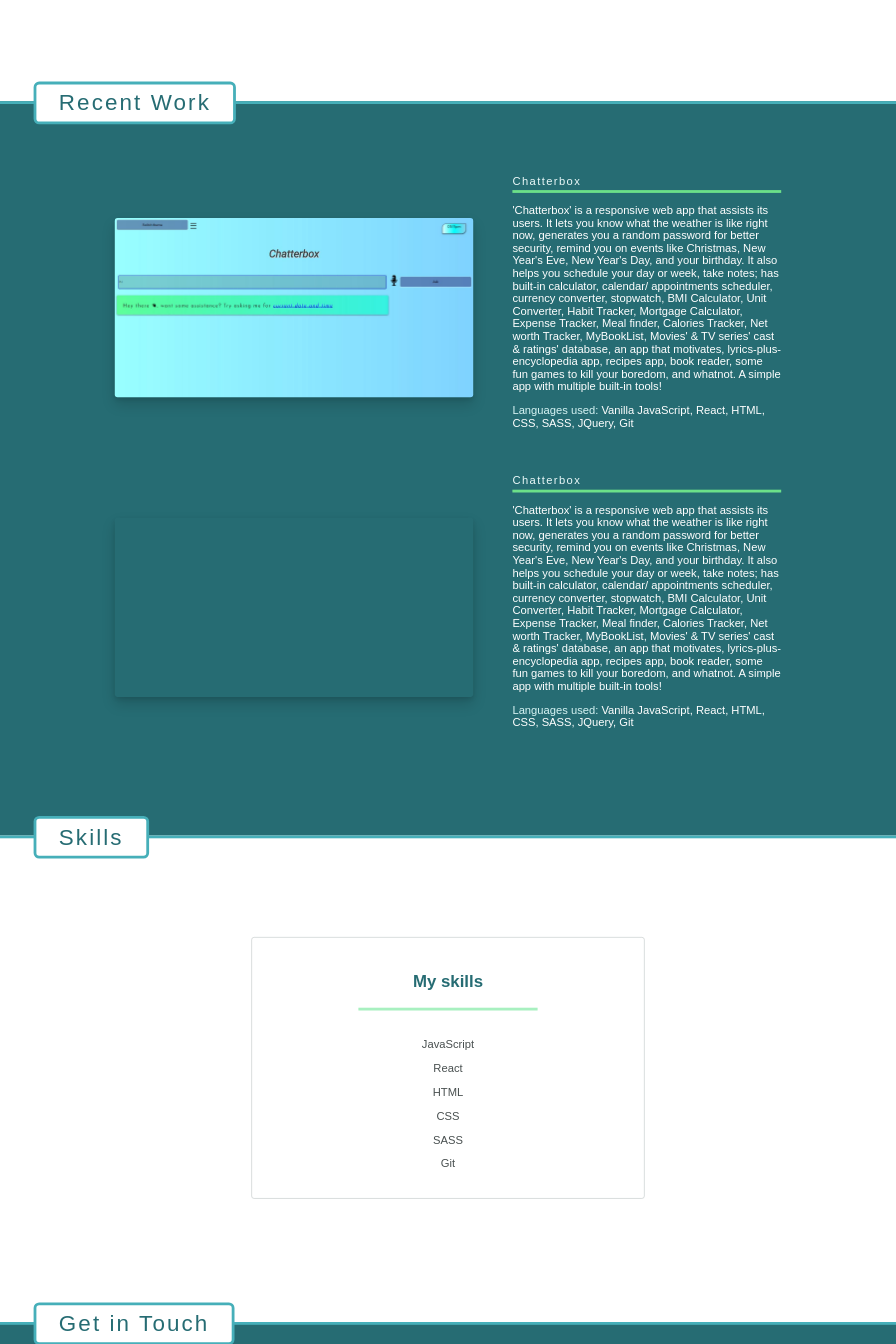
Repository: Abbaskhurram255/port
Page: /
These files come from the project's save history. The page is drawn as it stood at one moment and after the next save; the edit follows.
The browser window is 1280 px wide. The pictures show the part of the page from y = 721 to 2641 px (the page is 2906 px tall before and 2782 px after), at 70% of full size.
The page's requests for data from a server got no answer. Some web fonts or font styles are not loaded; a fallback is used. Some web libraries are served in a nearby version. The project was rebuilt for these pictures with package versions that can differ from the ones it lists, and the page was loaded fresh each time. No one was signed in, and anything a server would have sent is missing.

Above is the page before, as saved 2020-12-03 21:52:51.

### public/index.html
<!DOCTYPE html>
<html lang="en">
  <head>
    <meta charset="utf-8" />
    <meta
      name="viewport"
      content="width=device-width, initial-scale=1, shrink-to-fit=no"
    />
    <meta name="theme-color" content="#000000" />
    <meta property="og:title" content="Alex Puth | Portfolio" />
    <meta
      property="og:description"
      content="A portfolio of web applications by Alex Puth"
    />
    <meta property="og:url" content="https://www.abbaskhurram255.github.io/" />
    <meta property="og:image" content="/images/portfolio-home.jpg" />
    <title>Alex Puth | Portfolio</title>
    <link
      href="https://fonts.googleapis.com/css?family=Muli:300,400,600,700"
      rel="stylesheet"
    />
    <link
      rel="stylesheet"
      href="https://use.fontawesome.com/releases/v5.4.2/css/all.css"
      integrity="sha384-/rXc/GQVaYpyDdyxK+ecHPVYJSN9bmVFBvjA/9eOB+pb3F2w2N6fc5qB9Ew5yIns"
      crossorigin="anonymous"
    />
  </head>

  <body>
    <noscript>You need to enable JavaScript to run this app.</noscript>
    <div id="root"></div>
  </body>
</html>

### src/index.tsx
import React from "react";
import ReactDOM from "react-dom";
import App from "./App";
import * as serviceWorker from "./serviceWorker";
import "./styles/styles.scss";

ReactDOM.render(<App />, document.getElementById("root"));

// If you want your app to work offline and load faster, you can change
// unregister() to register() below. Note this comes with some pitfalls.
// Learn more about service workers: http://bit.ly/CRA-PWA
serviceWorker.unregister();

### src/App.tsx
import * as React from "react";
import Contact from "./components/Contact";
import Home from "./components/Home";
import Navbar from "./components/Navbar";
import RecentWork from "./components/RecentWork";
import Skills from "./components/Skills";

class App extends React.Component {
  public render() {
    return (
      <div>
        <Navbar />
        <Home />
        <RecentWork />
        <Skills />
        <Contact />
      </div>
    );
  }
}

export default App;

### src/styles/styles.scss
@import "./base/settings";
@import "./base/base";
@import "./components/navbar";
@import "./components/home";
@import "./components/images";
@import "./components/recent-works";
@import "./components/projects";
@import "./components/project";
@import "./components/skills";
@import "./components/skill";
@import "./components/quote";
@import "./components/contact";
@import "./components/social";
@import "./components/section-title";

### src/components/Contact.tsx
import * as React from "react";
import utils from "../utils/constants";
import Social from "./Social";
import Title from "./Title";

const { GITHUB_URL, TWITTER_URL } = utils.social;
const { EMAIL } = utils.contact;

const Contact = () => {
  return (
    <div id="contact" className="contact">
      <Title title="Get in Touch" parentComponent="contact" />
      <div className="contact__social-links">
        <p className="contact__brackets">{"{"}</p>
        <Social socialIcon="fab fa-github" socialUrl={GITHUB_URL} />
        <Social socialIcon="fab fa-twitter" socialUrl={TWITTER_URL} />
        <Social socialIcon="fas fa-envelope" socialUrl={`mailto:${EMAIL}`} />
        <p className="contact__brackets">{"}"}</p>
      </div>
    </div>
  );
};

export default Contact;

### src/components/Home.tsx
import * as React from "react";
import Image from "./Image";
import Text from "./Text";
import Title from "./Title";

const Home = () => {
  return (
    <div className="home">
      <div className="home__text-container">
        <Title
          title="<Alex Puth (aka Khurram) />"
          parentComponent="home"
          subTitle="Front-End Developer"
        />
        <Text parentComponent="home" mobile="" />
      </div>
      <Image
        src="/images/headshot.jpg"
        alt="Headshot of Alex Puth"
        parentComponent="home"
      />
      <Text parentComponent="home" mobile="--mobile" />
    </div>
  );
};

export default Home;

### src/components/RecentWork.tsx
import * as React from "react";
import Projects from "./Projects";
import Title from "./Title";

const RecentWork = () => {
  return (
    <div id="recent-works" className="recent-works">
      <Title title="Recent Work" parentComponent="recent-works" />
      <Projects />
    </div>
  );
};

export default RecentWork;

### src/components/Skills.tsx
import * as React from "react";
import Skill from "./Skill";
import Title from "./Title";

const Skills = () => {
  const technicalSkills: string[] = [
    "JavaScript",
    "React",
    "HTML",
    "CSS",
    "SASS",
    "Git"
  ];

  return (
    <div id="skills" className="skills">
      <Title title={"Skills"} parentComponent="skills" />
      <div className="skills__set-box">
        <Skill title="My skills" skills={technicalSkills} />
      </div>
    </div>
  );
};

export default Skills;

### src/styles/base/_base.scss
html {
  font-size: 62.5%;
  scroll-behavior: smooth;
}

body {
  margin: 0;
  background-color: $white;
}

button {
  cursor: pointer;
}

button:disabled {
  cursor: default;
}

### src/styles/components/images.scss
.home-image-box {
  background: $gradient-1;
  border-radius: $radius-2;
  box-shadow: $shadow-2;
  padding: $size-3;
  @media (min-width: $breakpoint-2) {
    display: block;
    padding: $size-7;
  }
}

.home-image {
  border-radius: $radius-2;
  box-shadow: $shadow-3;
  margin: 0;
  width: 100%;
  @media (min-width: $breakpoint-2) {
    margin-right: -$size-10;
    height: $size-13;
    width: $size-13;
  }
}

### src/styles/components/_projects.scss
.projects {
  display: flex;
  flex-direction: column;
  justify-content: space-between;
  margin: $size-4 $size-7;
  width: 100%;
  @media (min-width: $breakpoint-2) {
    margin: $size-7;
    width: 100rem;
  }
}

### src/styles/components/_project.scss
.project {
  align-items: center;
  display: flex;
  flex-direction: column;
  justify-content: space-between;
  margin: $size-5;
  padding: 0;
  @media (min-width: $breakpoint-2) {
    flex-direction: row;
  }
}

.project__image-box {
  background-size: cover;
  border-radius: $radius-2;
  box-shadow: $shadow-3;
  height: $size-11 - 1.4;
  margin: 0;
  padding: 0;
  width: 100%;
  @media (min-width: 100.4rem) and (max-width: 104.4rem) {
    height: $size-13;
  }
  @media (min-width: $breakpoint-2) {
    height: $size-12;
    transition: background-image 0.25s ease;
    width: $size-14;
  }
}

.project__image-box--meal {
  background-image: url(/images/meal-to-list-edit.jpg);
}

.project__image-box--expensify {
  background-image: url(/images/expensify-dashboard.jpg);
}

.project__image-box--pantry {
  background-image: url(/images/the-pantry-map.jpg);
}

.project__image-box:hover {
  @media (min-width: $breakpoint-2) {
    background-color: $primary-6;
    background-image: none;
  }
}

.project__link-box {
  background: $primary-6;
  border-radius: $radius-2;
  display: flex;
  flex-direction: column;
  height: 100%;
  justify-content: center;
  margin: 0;
  opacity: 0;
  transition: opacity 0.25s ease;
  width: 100%;
  @media (max-width: $breakpoint-2 - 1) {
    display: none;
  }
}

.project__link-box:hover {
  opacity: 1;
}

.project__link {
  background: $primary-6;
  border: $size-1 solid $secondary-4;
  border-radius: $radius-2;
  color: $white;
  font-family: $text;
  font-size: $size-4;
  margin: $size-3 $size-9;
  outline: none;
  padding: $size-2;
  text-align: center;
  text-decoration: none;
  transition: background 0.25s ease;
}

.project__link:hover {
  background: $primary-5;
}

.project__link-box--mobile {
  @extend .project__link-box;
  background: $primary-7;
  display: flex;
  flex-direction: row;
  margin: $size-3 0 $size-5 0;
  opacity: 1;
  @media (min-width: $breakpoint-2) {
    display: none;
  }
}

.project__link--mobile {
  @extend .project__link;
  background: $primary-7;
  border: $size-1 solid $primary-6;
  margin: $size-2 $size-2;
  padding: $size-2 $size-4;
}

.project__info-box {
  align-self: flex-start;
  display: flex;
  flex-direction: column;
  margin: 0;
  margin-top: $size-5;
  padding: 0;
  width: 100%;
  @media (min-width: $breakpoint-2) {
    margin: 0;
    margin-left: $size-7;
    width: $size-13;
  }
}

.project__name {
  border-bottom: $size-1 solid $secondary-4;
  color: $primary-1;
  font-family: $text;
  font-size: $size-4;
  font-weight: 400;
  letter-spacing: 0.2rem;
  margin-top: 0;
  padding: 0 0 $size-1 0;
}

.project__description {
  color: $white;
  font-family: $text;
  font-size: $size-3;
  margin-top: 0;
  @media (min-width: $breakpoint-2) {
    font-size: $size-4;
  }
}

.project__tools-label {
  color: $primary-2;
  font-weight: 300;
}

### src/styles/components/_skill.scss
.skill {
  align-items: center;
  border: 1px solid $gray-3;
  border-radius: $radius-2;
  display: flex;
  flex-direction: column;
  margin: $size-4 auto;
  padding: $size-5;
  width: 80%;
  @media (min-width: $breakpoint-2) {
    margin: $size-4;
    padding: $size-5;
    width: $size-14;
  }
}

.skill__title-box {
  border-bottom: $size-1 solid $secondary-3;
  display: flex;
  justify-content: center;
  padding: 0;
  width: 100%;
  @media (min-width: $breakpoint-2) {
    width: $size-12;
  }
}

.skill__title {
  color: $primary-7;
  font-family: $text;
  font-size: $size-4;
  @media (min-width: $breakpoint-2) {
    font-size: $size-5;
  }
}

.skill__box {
  padding-top: $size-5;
  width: 100%;
}

.skill__name {
  color: $gray-7;
  font-family: $text;
  font-size: $size-4;
  text-align: center;
}

### src/styles/components/_social.scss
.social {
  color: $primary-5;
  font-size: $size-5;
  margin: $size-3;
  outline: none;
  transition-property: color, transform;
  transition-duration: 0.1s;
  transition-timing-function: ease;
  @media (min-width: $breakpoint-2) {
    font-size: $size-7;
    margin: $size-5;
  }
}

.social:hover,
.social:focus {
  color: $primary-6;
  transform: scale(1.2);
}

### src/styles/components/_section-title.scss
.section-title__box {
  align-self: flex-start;
  background: $white;
  border: $size-1 solid $primary-8;
  border-radius: $size-2;
  display: flex;
  flex-direction: column;
  justify-content: center;
  margin: -$size-6 0 0 $size-7;
  padding: $size-2 $size-6;
}

.section-title {
  color: $primary-7;
  font-family: $header;
  font-size: $size-6;
  font-weight: 400;
  letter-spacing: 0.3rem;
  margin: 0;
  padding: 0;
}

### src/utils/constants.ts
export default {
  contact: {
    EMAIL: process.env.REACT_APP_EMAIL || "abbaskhuram255@gmail.com"
  },
  social: {
    GITHUB_URL:
      process.env.REACT_APP_GITHUB_URL || "https://github.com/abbaskhurram255",
    TWITTER_URL:
      process.env.REACT_APP_TWITTER_URL || "https://twitter.com/alexputh255",
  }
};

### src/components/Social.tsx
import * as React from "react";

interface ISocialProps {
  socialIcon: string;
  socialUrl: string;
}

const Social = (props: ISocialProps) => {
  const { socialIcon, socialUrl } = props;
  return (
    <a
      href={socialUrl}
      rel="noopener noreferrer"
      className="social"
      target="_blank"
    >
      <i className={socialIcon} />
    </a>
  );
};

export default Social;

### src/components/Title.tsx
import * as React from "react";

interface ITitleProps {
  title: string;
  parentComponent: string;
  subTitle?: string;
}

const Title = (props: ITitleProps) => {
  const { title, subTitle, parentComponent: component } = props;
  return (
    <div className={`${component}__title-box`}>
      <h1 className={`${component}__title`}>{title}</h1>
      {subTitle && <h2 className={`${component}__subtitle`}>{subTitle}</h2>}
    </div>
  );
};

export default Title;

### src/components/Image.tsx
import * as React from "react";

interface IImageProps {
  src: string;
  alt: string;
  parentComponent: string;
}

const Image = (props: IImageProps) => {
  const { src, alt, parentComponent: component } = props;
  return (
    <div className={`${component}-image-box`}>
      <img src={`/Portfolio${src}`} alt={alt} className={`${component}-image`} />
    </div>
  );
};

export default Image;

### src/components/Text.tsx
import * as React from "react";

interface ITextProps {
  parentComponent: string;
  mobile: string;
}

const Text = (props: ITextProps) => {
  const { parentComponent: component, mobile } = props;
  return (
    <div className={`${component}__text-box${mobile}`}>
      <p className={`${component}__text`}>
        Hi, my name is Alex, and I'm a frontend developer. I love using
        functional programming concepts in JavaScript and building web
        applications with it. I'm a coding enthusiast. I've been creating web
        applications since I was 13 - I'm 19 now. It's been my hobby
        since I was a kid, the programming. {" "}
      </p>
      <p className={`${component}__text`}>I'm currently
        trying to get familiar with Vue, and Angular.</p>
    </div>
  );
};

export default Text;

### src/components/Projects.tsx
import * as React from "react";
import { projects } from "../utils/data";
import Project from "./Project";

const Projects = () => (
  <div className="projects">
    {projects.map(project => (
      <Project
        project={project.name}
        projectDescription={project.description}
        projectSourceCode={project.sourceCode}
        projectTools={project.tools}
        projectUrl={project.url}
        image={project.image}
        key={project.name}
      />
    ))}
  </div>
);

export default Projects;

### src/components/Skill.tsx
import * as React from "react";

interface ISkillProps {
  skills: string[];
  title: string;
}

const DeveloperSkills = (props: ISkillProps) => {
  const { skills, title } = props;
  return (
    <div className="skill">
      <div className="skill__title-box">
        <h3 className="skill__title">{title}</h3>
      </div>
      <div className="skill__box">
        {skills.map((skill: string) => (
          <p className="skill__name" key={skill}>
            {skill}
          </p>
        ))}
      </div>
    </div>
  );
};

export default DeveloperSkills;

### src/utils/data.ts

interface IProject {
  description: string;
  image: string;
  name: string;
  sourceCode: string;
  tools: string;
  url: string;
}

export const projects: IProject[] = [
  {
    description:
      "'Chatterbox' is a responsive web app that assists its users. It lets you know what the weather is like right now, generates you a random password for better security, remind you on events like Christmas, New Year's Eve, New Year's Day, and your birthday. It also helps you schedule your day or week, take notes; has built-in calculator, calendar/ appointments scheduler, currency converter, stopwatch, BMI Calculator, Unit Converter, Habit Tracker, Mortgage Calculator, Expense Tracker, Meal finder, Calories Tracker, Net worth Tracker, MyBookList, Movies' & TV series' cast & ratings' database, an app that motivates, lyrics-plus-encyclopedia app, recipes app, book reader, some fun games to kill your boredom, and whatnot. A simple app with multiple built-in tools!",
    image: "meal to list",
    name: "Chatterbox",
    sourceCode: "https://github.com/Abbaskhurram255/Chatterbox/",
    tools: "Vanilla JavaScript, React, HTML, CSS, SASS, JQuery, Git",
    url: "https://abbaskhurram255.github.io/Chatterbox/getting-started"
  },
  {
    description:
      "'Chatterbox' is a responsive web app that assists its users. It lets you know what the weather is like right now, generates you a random password for better security, remind you on events like Christmas, New Year's Eve, New Year's Day, and your birthday. It also helps you schedule your day or week, take notes; has built-in calculator, calendar/ appointments scheduler, currency converter, stopwatch, BMI Calculator, Unit Converter, Habit Tracker, Mortgage Calculator, Expense Tracker, Meal finder, Calories Tracker, Net worth Tracker, MyBookList, Movies' & TV series' cast & ratings' database, an app that motivates, lyrics-plus-encyclopedia app, recipes app, book reader, some fun games to kill your boredom, and whatnot. A simple app with multiple built-in tools!",
    image: "santry",
    name: "Chatterbox",
    sourceCode: "https://github.com/Abbaskhurram255/Chatterbox/",
    tools: "Vanilla JavaScript, React, HTML, CSS, SASS, JQuery, Git",
    url: "https://abbaskhurram255.github.io/Chatterbox/getting-started"
  }
];

Loaded but not shown: src/serviceWorker.ts (common file); src/styles/base/_settings.scss (89 lines, source omitted); src/styles/components/_navbar.scss (137 lines, source omitted); src/styles/components/_home.scss (114 lines, source omitted); src/components/Project.tsx (77 lines, source omitted); src/components/Navbar.tsx (50 lines, source omitted); src/styles/components/_quote.scss (72 lines, source omitted); src/styles/components/_skills.scss (58 lines, source omitted); src/styles/components/_contact.scss (55 lines, source omitted); src/styles/components/_recent-works.scss (46 lines, source omitted)

After the next save:
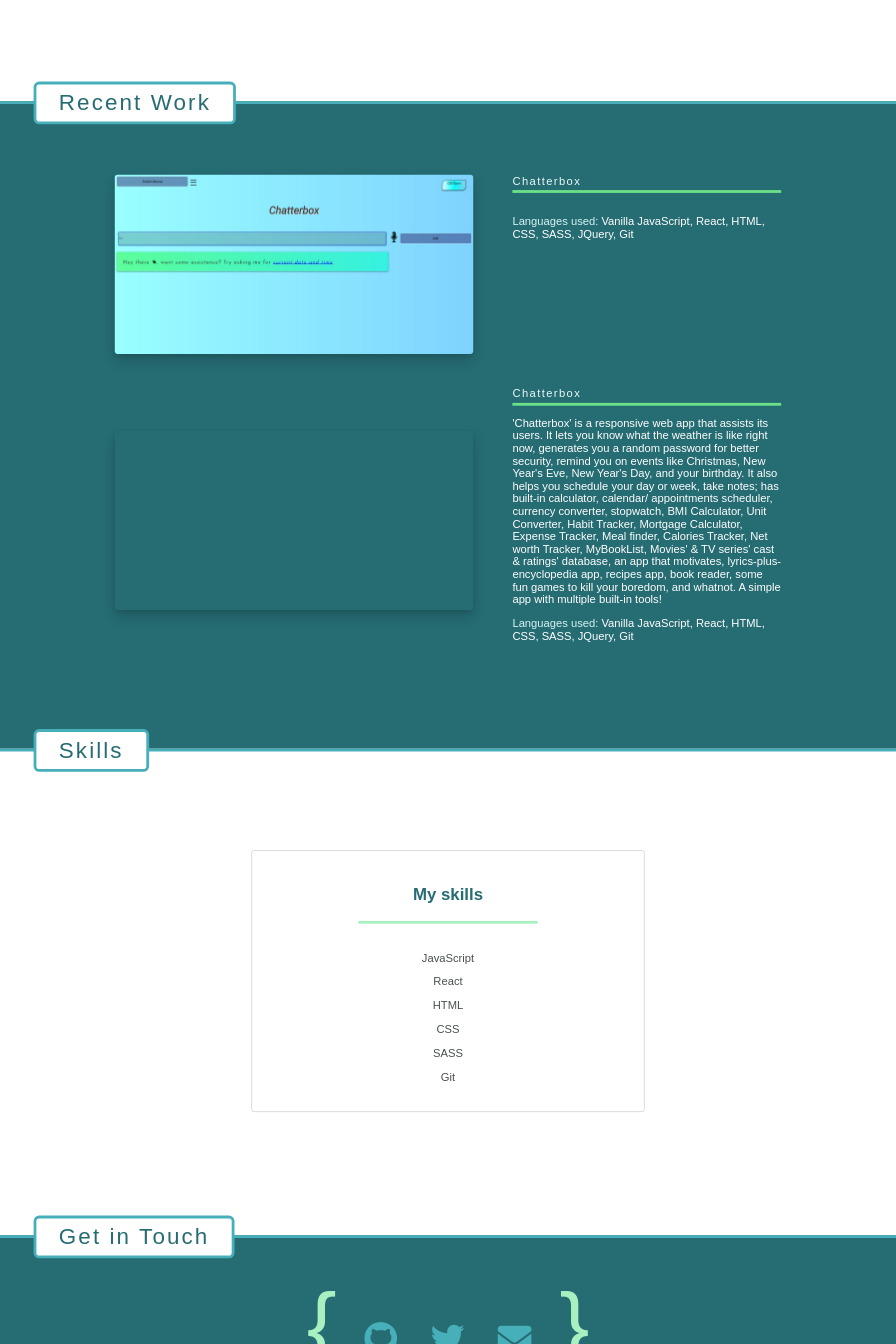
Saved 88 s later.
--- a/src/utils/data.ts
+++ b/src/utils/data.ts
@@ -11,7 +11,7 @@
 export const projects: IProject[] = [
   {
     description:
-      "'Chatterbox' is a responsive web app that assists its users. It lets you know what the weather is like right now, generates you a random password for better security, remind you on events like Christmas, New Year's Eve, New Year's Day, and your birthday. It also helps you schedule your day or week, take notes; has built-in calculator, calendar/ appointments scheduler, currency converter, stopwatch, BMI Calculator, Unit Converter, Habit Tracker, Mortgage Calculator, Expense Tracker, Meal finder, Calories Tracker, Net worth Tracker, MyBookList, Movies' & TV series' cast & ratings' database, an app that motivates, lyrics-plus-encyclopedia app, recipes app, book reader, some fun games to kill your boredom, and whatnot. A simple app with multiple built-in tools!",
+      "",
     image: "meal to list",
     name: "Chatterbox",
     sourceCode: "https://github.com/Abbaskhurram255/Chatterbox/",

After the 2 saves that followed:
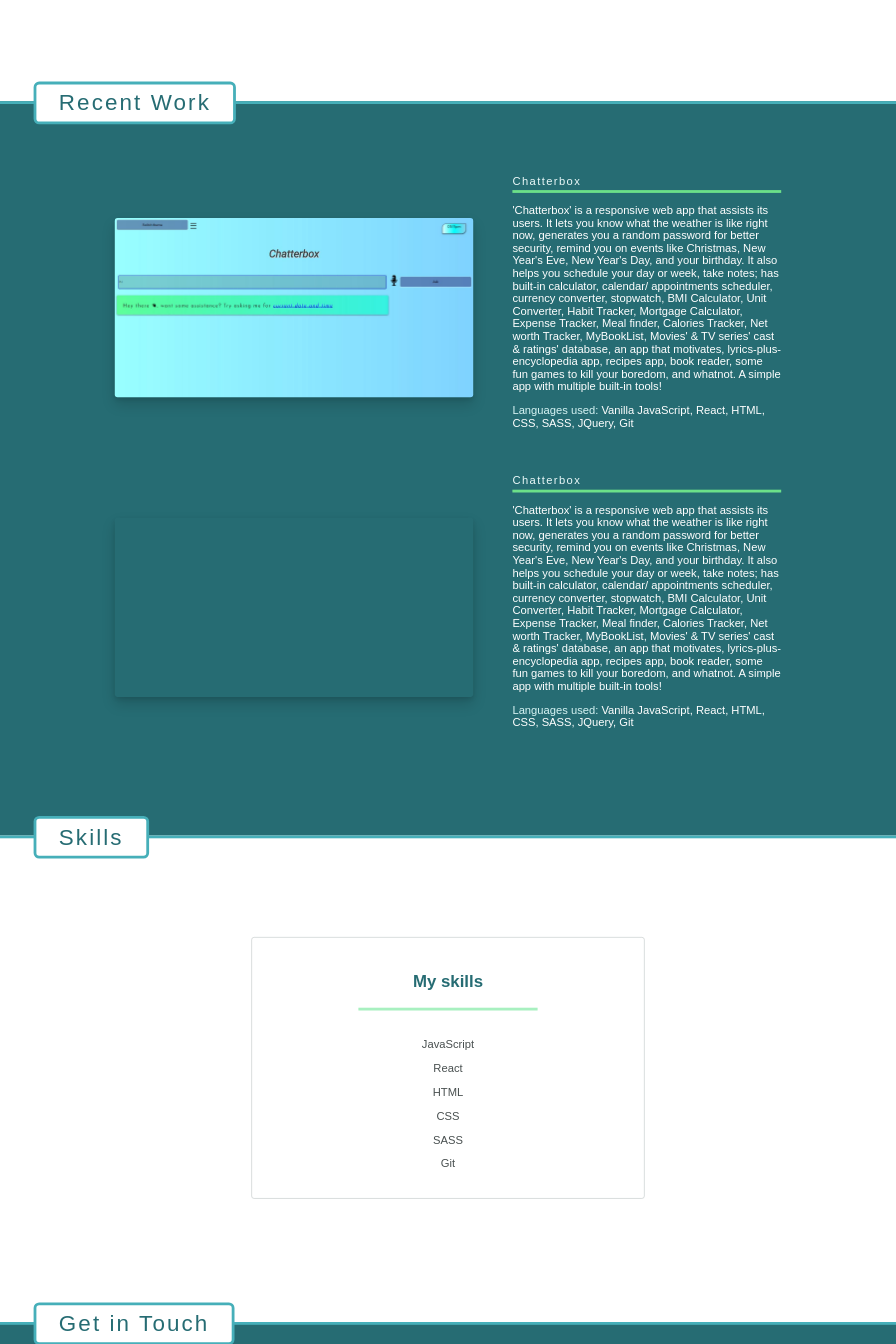
The 2 saves are shown as one change because 1 left the picture as it was.
The last was saved 84 s later.
--- a/src/styles/components/_project.scss
+++ b/src/styles/components/_project.scss
@@ -29,7 +29,7 @@
 }
 
 .project__image-box--meal {
-  background-image: url(/images/meal-to-list-edit.jpg);
+  background-image: url(/images/meal-to-list.jpg);
 }
 
 .project__image-box--expensify {
--- a/src/utils/data.ts
+++ b/src/utils/data.ts
@@ -11,7 +11,7 @@
 export const projects: IProject[] = [
   {
     description:
-      "",
+      "'Chatterbox' is a responsive web app that assists its users. It lets you know what the weather is like right now, generates you a random password for better security, remind you on events like Christmas, New Year's Eve, New Year's Day, and your birthday. It also helps you schedule your day or week, take notes; has built-in calculator, calendar/ appointments scheduler, currency converter, stopwatch, BMI Calculator, Unit Converter, Habit Tracker, Mortgage Calculator, Expense Tracker, Meal finder, Calories Tracker, Net worth Tracker, MyBookList, Movies' & TV series' cast & ratings' database, an app that motivates, lyrics-plus-encyclopedia app, recipes app, book reader, some fun games to kill your boredom, and whatnot. A simple app with multiple built-in tools!",
     image: "meal to list",
     name: "Chatterbox",
     sourceCode: "https://github.com/Abbaskhurram255/Chatterbox/",
